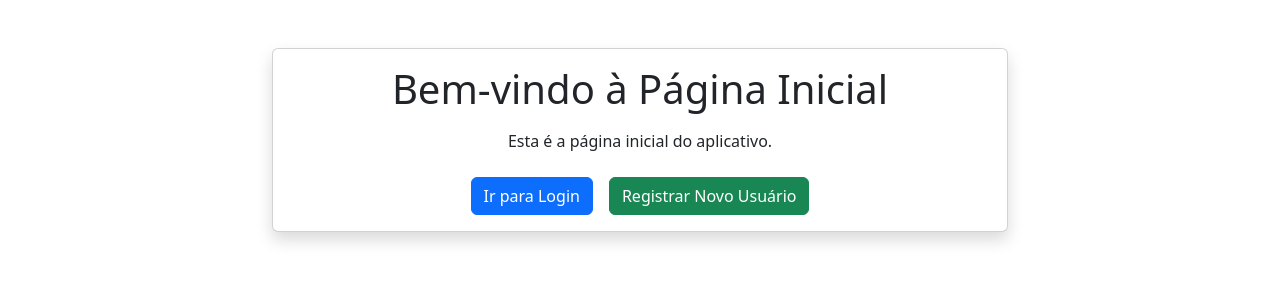
Repository: MuriloColleti/Project-vue
Page: /
The author's editor kept a copy of each file at every save. The page is drawn from the files as they stood at one save, then again after the next save.
The browser window is 1280 px wide. The pictures show the whole page.
The project was rebuilt for these pictures with package versions that can differ from the ones it lists, and the page was loaded fresh each time. Also part of the build but not shown: vite.config.js, src/pages/Login.vue, src/pages/Register.vue.

Above is the page before, as saved 2025-09-20 17:22:12.

After the next save:
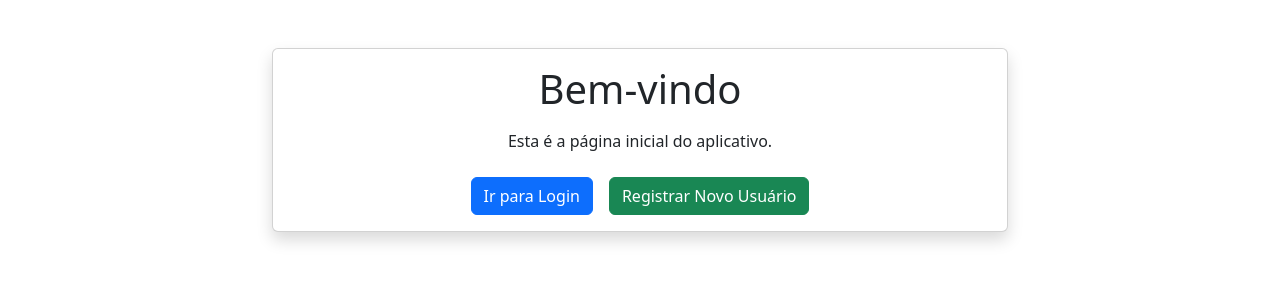
Saved 24 s later.
--- a/src/pages/Home.vue
+++ b/src/pages/Home.vue
@@ -4,7 +4,7 @@
       <div class="col-md-8">
         <div class="card shadow">
           <div class="card-body text-center">
-            <h1 class="card-title mb-3">Bem-vindo à Página Inicial</h1>
+            <h1 class="card-title mb-3">Bem-vindo</h1>
             <p class="mb-4">Esta é a página inicial do aplicativo.</p>
             <router-link to="/login" class="btn btn-primary mx-2">Ir para Login</router-link>
             <router-link to="/register" class="btn btn-success mx-2"
